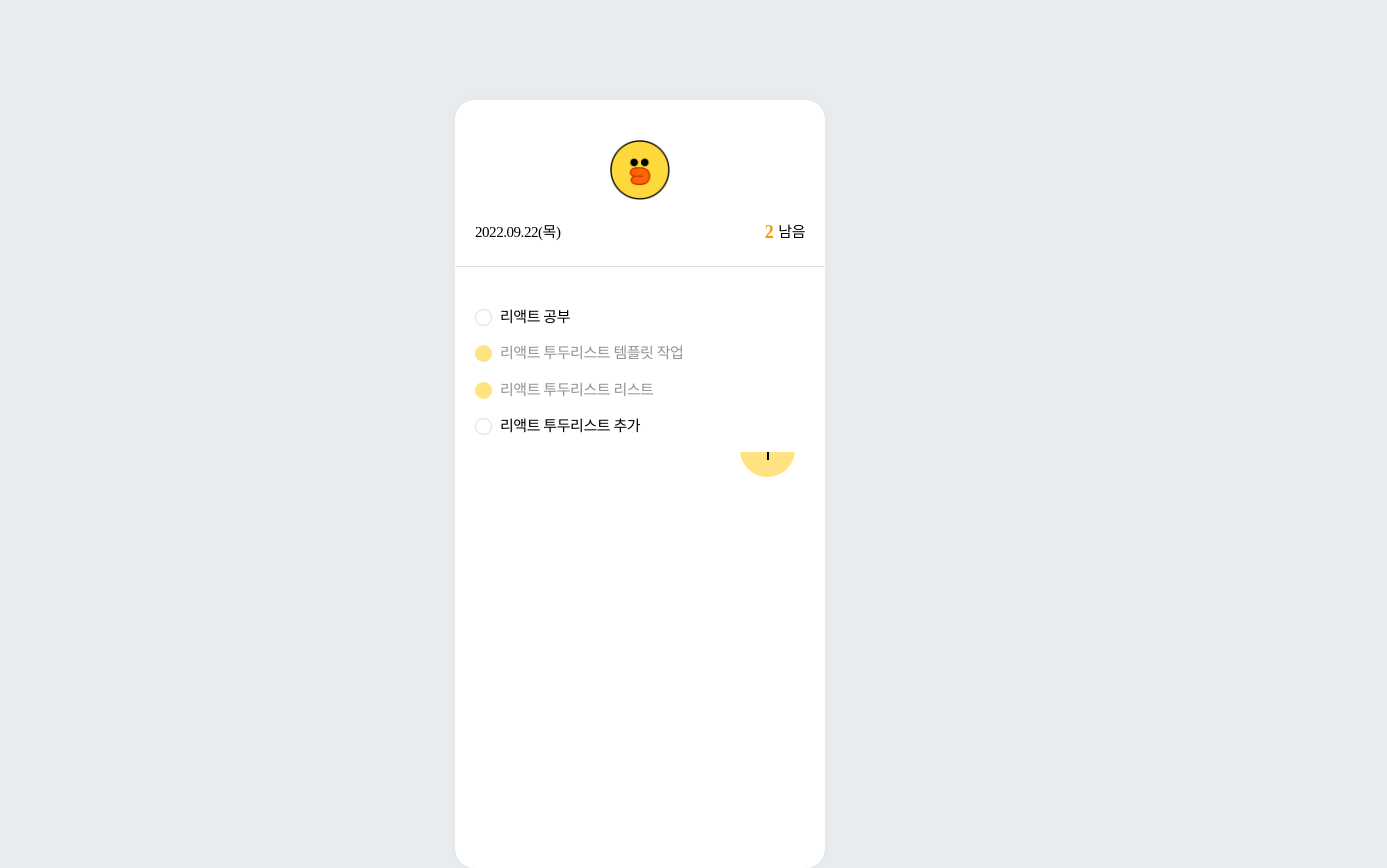
Repository: kwak0630/react-todo
Page: /
These files come from the project's save history. The page is drawn as it stood at one moment and after the next save; the edit follows.
The browser window is 1280 px wide. The page is 1280 px wide, then 1387 px, so the pictures cover 1387 px, including what lies to the right of the window. The pictures show the whole page.
The project was rebuilt for these pictures with package versions that can differ from the ones it lists, and the page was loaded fresh each time.

Above is the page before, as saved 2022-09-22 16:36:53.

### public/index.html
<!DOCTYPE html>
<html lang="en">
  <head>
    <meta charset="utf-8" />
    <link rel="icon" href="../src/assets/images/ico_sally.png" />
    <meta name="viewport" content="width=device-width, initial-scale=1" />
    <meta name="theme-color" content="#000000" />
    <meta
      name="description"
      content="Web site created using create-react-app"
    />
    <link rel="apple-touch-icon" href="%PUBLIC_URL%/logo192.png" />
    <!--
      manifest.json provides metadata used when your web app is installed on a
      user's mobile device or desktop. See https://developers.google.com/web/fundamentals/web-app-manifest/
    -->
    <link rel="manifest" href="%PUBLIC_URL%/manifest.json" />
    <!--
      Notice the use of %PUBLIC_URL% in the tags above.
      It will be replaced with the URL of the `public` folder during the build.
      Only files inside the `public` folder can be referenced from the HTML.

      Unlike "/favicon.ico" or "favicon.ico", "%PUBLIC_URL%/favicon.ico" will
      work correctly both with client-side routing and a non-root public URL.
      Learn how to configure a non-root public URL by running `npm run build`.
    -->
    <title>React - TodoList Test</title>
  </head>
  <body>
    <noscript>You need to enable JavaScript to run this app.</noscript>
    <div id="root"></div>
    <!--
      This HTML file is a template.
      If you open it directly in the browser, you will see an empty page.

      You can add webfonts, meta tags, or analytics to this file.
      The build step will place the bundled scripts into the <body> tag.

      To begin the development, run `npm start` or `yarn start`.
      To create a production bundle, use `npm run build` or `yarn build`.
    -->
  </body>
</html>

### src/App.js

import React from 'react'
import TodoTemplate from './components/TodoTemplate';
import TodoHeader from './components/TodoHeader';
import TodoList from './components/TodoList';
import TodoCreate from './components/TodoCreate';
import "./assets/css/style.scss"


const todos = [
  {
    id: 1,
    text: '리액트 공부',
    done: false
  },
  {
    id: 2,
    text: '리액트 투두리스트 템플릿 작업',
    done: true
  },
  {
    id: 3,
    text: '리액트 투두리스트 리스트',
    done: true
  },
  {
    id: 4,
    text: '리액트 투두리스트 추가',
    done: false
  }
]
function App() {
  return (
    <div>
      <TodoTemplate>
        <TodoHeader />
        <TodoList todos={todos} />
        <TodoCreate />
      </TodoTemplate>
    </div>
  );
}

export default App;

### src/components/TodoTemplate.js
import React from 'react';
import styled from 'styled-components';

const TodoTemplateBlock = styled.div`
    position: relative;

    display: flex;
    flex-direction: column;

    width: 370px;
    height: 768px;
    margin: 100px auto 0;

    background: white;
    border-radius: 20px;
    box-shadow: 0 0 8px 0 rgba(0, 0, 0, 0.04);
`;

function TodoTemplate({children}){
    return (
        <TodoTemplateBlock>
            {children}
        </TodoTemplateBlock>
    )
}

export default TodoTemplate;

### src/components/TodoHeader.js
import React from 'react';
import styled from 'styled-components';

const TodoHeaderBlock = styled.div`
    padding:40px 0 0;
    text-align: center;
    h1{
        font-size: 25px;
    }
    .sally{
        width: 60px;
    }
    .header-box{
        display: flex;
        justify-content: space-between;
        align-items: center;
        padding: 20px;
        border-bottom: 1px solid #ddd;
        .task{
            display: flex;
            justify-content: space-between;
            align-items: center;
            em{
                padding-right: 5px;
                font-size: 18px;
                font-weight: 700;
                color: #ff9800;
            }
        }
    }
`;

function TodoHeader(){
    return (
        <TodoHeaderBlock>
            <img className="sally" src={require('../assets/images/ico_sally.png')} alt="sally icon" />
            <div className="header-box">
                <span className='day'>2022.09.22(목)</span>
                <span className='task'><em>2</em>남음</span>
            </div>
        </TodoHeaderBlock>
    )
}

export default TodoHeader;

### src/components/TodoList.js
import React from 'react';
import styled from 'styled-components';
import TodoItem from './TodoItem';

const TodoListBlock = styled.div`
    padding:40px 20px 0;

`;

function TodoList({todos}){
    return (
        <TodoListBlock>
            {todos.map((todo) =>
                <TodoItem
                    todo={todo}
                    key={todo.id}
                />
            )}
            {/* <TodoItem text="React 공부" />
            <TodoItem text="TodoList Template" done={true} /> */}
        </TodoListBlock>
    )
}

export default TodoList;

### src/components/TodoCreate.js
import React, {useState} from 'react';
import styled, {css} from 'styled-components';

const TodoCreateBlock = styled.div`
position:relative;
overflow:hidden;
height:55px;
    width: 100%;
`;
const CreateBox = styled.div`
    position: absolute;
    bottom: 35px;
    right: -100%;
    width: 0;
    display: flex;
    align-items: center;
    transition: 0.4s all ease-in;
    opacity: 0;
    .input-text{
        width: 170px;
        height: 45px;
        padding: 0 10px;
        border:1px solid #ddd;
        border-radius: 5px;
    }
    .btn-type{
        width: 60px;
        height: 45px;
        margin-left: 10px;
        border: none;
        border-radius: 5px;
        background: #ffe281;
        font-weight: 700;
    }
    ${props =>
        props.open &&
        css`
            right: 95px;
            opacity: 1;
            width: auto;
      `}
`;

const CreateBtn = styled.div`
    position: absolute;
    bottom: 30px;
    right: 30px;
    width: 55px;
    height: 55px;
    border-radius: 100%;
    background: #ffe281;
    font-size: 0;
    &:before{
        content: '';
        position: absolute;
        top: 50%;
        left: 50%;
        width: 20px;
        height: 2px;
        background: #000;
        transform: translate(-50%, -50%);
        transition: 0.125s all ease-in;
    }
    &:after{
        content: '';
        position: absolute;
        top: 50%;
        left: 50%;
        width: 2px;
        height: 20px;
        background: #000;
        transform: translate(-50%, -50%);
        transition: 0.125s all ease-in;
    }
    ${props =>
        props.open &&
        css`
        &:before {
            transform: translate(-50%, -50%) rotate(45deg);
        }
        &:after {
            transform: translate(-50%, -50%) rotate(45deg);
        }
      `}
`;

function TodoCreate(){
    const [open, setOpen] = useState(false);
    const onToggle = () => setOpen(!open);

    return (
        <TodoCreateBlock>
            {/* {open && ( */}
            <CreateBox open={open}>
                <input
                    type="text"
                    className="input-text"
                    placeholder='할 일을 입력하세요.'
                />
                <button type="submit" className='btn-type'>추가</button>
            </CreateBox>
            {/* )} */}
            <CreateBtn onClick={onToggle} open={open}>
                추가
            </CreateBtn>
        </TodoCreateBlock>
    )
}

export default TodoCreate;

### src/assets/css/style.scss

* {margin:0;padding:0;vertical-align:baseline;-webkit-text-size-adjust:100%;box-sizing:border-box;word-break:break-all;
  font-family: 'LeferiPoint-r';}
::before,::after{box-sizing:border-box;}

body {line-height:1.43;font-family:LeferiPoint-r,Noto,sans-serif;font-size:15px;letter-spacing:-0.03em;}
article, aside, details, figcaption, figure, footer, header, hgroup, menu, nav, section {display:block;}
ol, ul {list-style: none;}
blockquote, q {quotes: none;}
blockquote:before, blockquote:after,q:before, q:after {content: '';display:block;}

/* 테이블 스타일 초기화 */
table {width:100%;border-collapse:collapse;border-spacing:0;empty-cells:show;table-layout:fixed;}
th,td{font-weight:600;}
td {word-wrap:break-word;word-break:keep-all;}
fieldset {border:0;margin:0;padding:0;}
legend, caption {visibility:hidden;overflow:hidden;width:0;height:0;font-size:0;line-height:0;}
address, caption, em, var{font-style:normal;font-weight:inherit;}

/* 링크 */
a{text-decoration:none;}

pre{font-family: inherit;white-space: pre-wrap;}

/* 이미지, 폼관련 요소 */
img {border:0;vertical-align:top;width:100%;}

body {
  background: #e9ecef;
}

### src/components/TodoItem.js
import React from 'react';
import styled, {css} from 'styled-components';

const TodoItemBlock = styled.div`
    display: flex;
    align-items: center;

    margin-bottom: 15px;
`;
const Check = styled.div`
    width: 17px;
    height: 17px;
    margin-right: 8px;
    border: 1px solid #ddd;
    border-radius: 100%;
    ${props =>
    props.done &&
    css`
      background: #ffe281;
      border-color: #ffe281;
    `}

`;

const Text = styled.div`
    position: relative;
    font-size: 15px;
    ${props =>
    props.done &&
    css`
      color: #929292;
    `}

`;

function TodoItem({todo}){
    const { text, done } = todo;
    return (
        <TodoItemBlock>
            <Check done={done}></Check>
            <Text done={done}>
                {text}
            </Text>
            {/* <LineWrap done={done}>{done && <Line />}</LineWrap> */}
            {/* <Check done={done}></Check>
            <Text done={done}>
                {text}
                {done && <Line done={done}/>}
            </Text> */}
            {/* {text} */}
        </TodoItemBlock>
    )
}

export default TodoItem;

Loaded but not shown: src/index.js (common file); src/index.css (common file); src/reportWebVitals.js (common file)

After the next save:
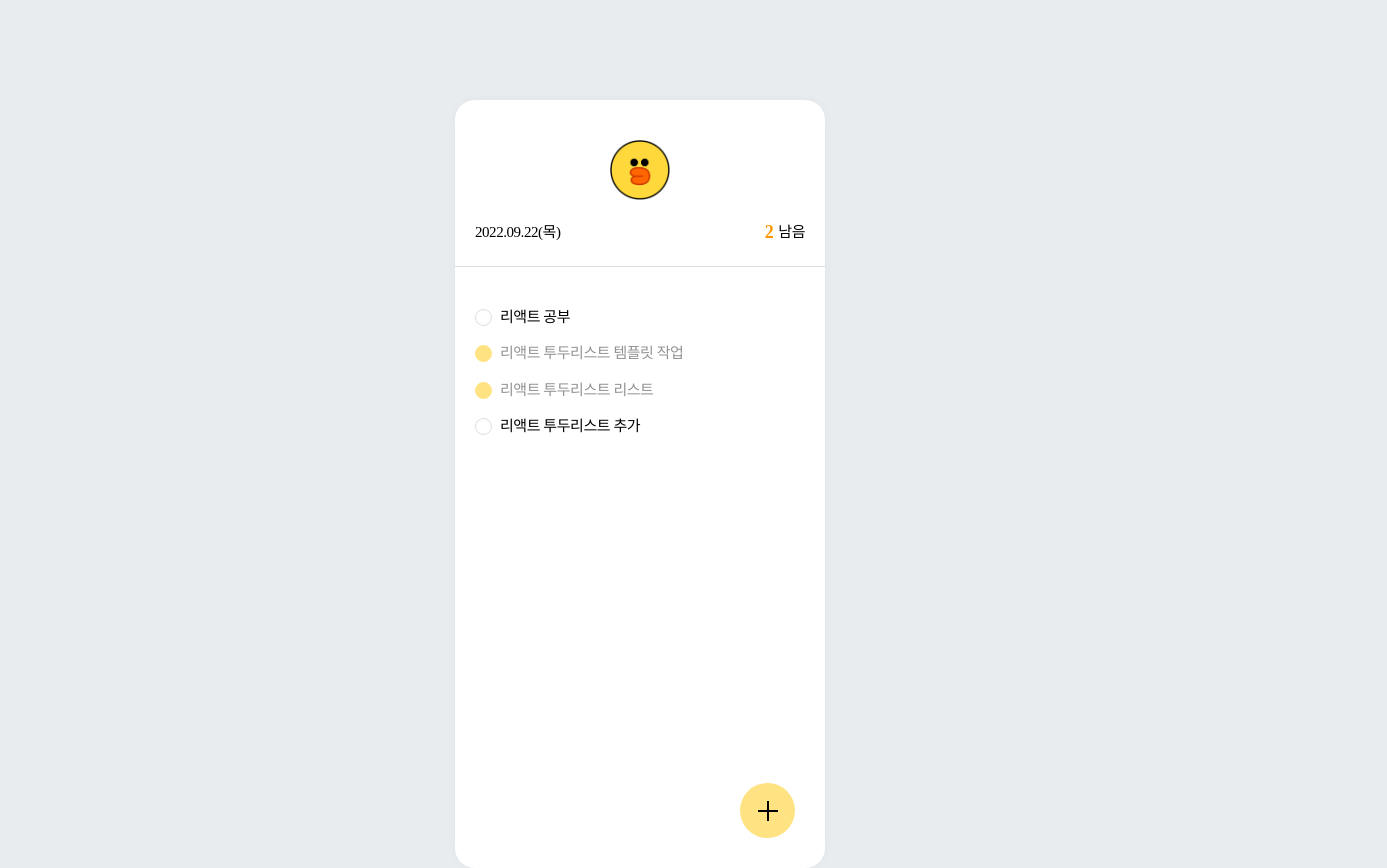
Saved 4 s later.
--- a/src/components/TodoCreate.js
+++ b/src/components/TodoCreate.js
@@ -2,10 +2,6 @@
 import styled, {css} from 'styled-components';
 
 const TodoCreateBlock = styled.div`
-position:relative;
-overflow:hidden;
-height:55px;
-    width: 100%;
 `;
 const CreateBox = styled.div`
     position: absolute;
